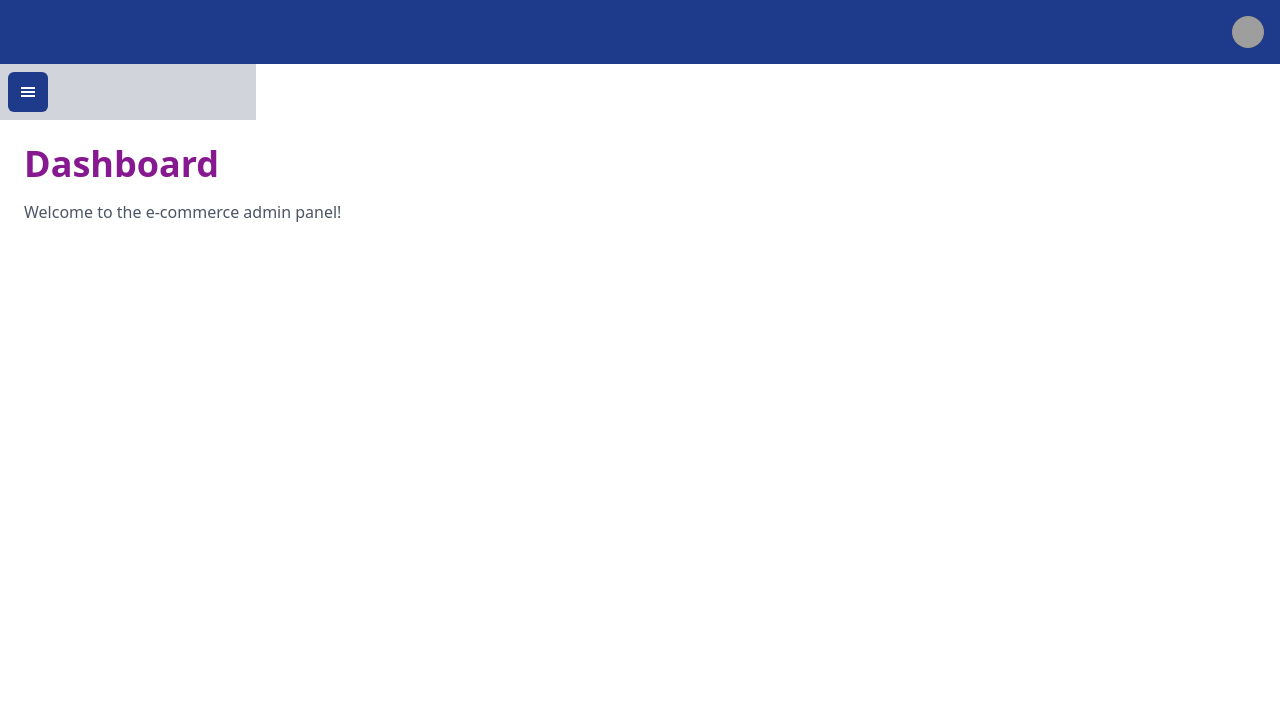
Repository: alizey12/POS-React-website
Page: /dashboard
The author's editor kept a copy of each file at every save. The page is drawn from the files as they stood at one save, then again after the next save.
The browser window is 1280 px wide. The pictures show the whole page.
Pictures or frames that could not be fetched are drawn as grey boxes. The project was rebuilt for these pictures with package versions that can differ from the ones it lists, and the page was loaded fresh each time. Also part of the build but not shown: vite.config.js, src/login.jsx.

Above is the page before, as saved 2024-12-31 16:32:32.

### src/App.jsx
import { BrowserRouter as Router, Routes, Route } from 'react-router-dom';
import LoginPage from "./login"
import Dashboard from './Dashboard';

function App() {
  return (
    <Router>
      <Routes>
        <Route path="/" element={<LoginPage />} />
        <Route path="/dashboard" element={<Dashboard />} />
      </Routes>
    </Router>
  );
}

export default App;

### src/Dashboard.jsx
// import { useState } from 'react';
import Navbar from './navbar';
import Sidebar from './sidebar';

const Dashboard = () => {
  // const [isSidebarOpen, setIsSidebarOpen] = useState(true);

  // const toggleSidebar = () => {
  //   setIsSidebarOpen(!isSidebarOpen);
  // };

  return (
    <div className="">
      {/* Sidebar Section */}
      <Navbar />
      <div
        className={`bg-gray-300 transition-all duration-300 ${
          // isSidebarOpen ?
          'w-64'
        }`}
      >

        <Sidebar />
      </div>

      {/* Main Content Section */}
      <div className="flex-1 flex flex-col">

        <div className="p-6">
          <h1 className="text-4xl font-bold text-fuchsia-800">Dashboard</h1>
          <p className="mt-4 text-gray-600">Welcome to the e-commerce admin panel!</p>
        </div>
      </div>
    </div>
  );
};

export default Dashboard;

### src/navbar.jsx


const navbar = () => {
  return (
    <div>


<nav className="bg-blue-900 border-gray-900 dark:bg-gray-900 ">
  <div className="max-w-screen-xl flex flex-wrap items-center justify-between mx-auto p-4">


      <span className="self-center text-2xl font-semibold whitespace-nowrap text-white dark:text-white"></span>
  <div className="flex items-center md:order-2 space-x-3 md:space-x-0 rtl:space-x-reverse">
      <button type="button" className="flex text-sm bg-gray-800 rounded-full md:me-0 focus:ring-4 focus:ring-gray-300 dark:focus:ring-gray-600" id="user-menu-button" aria-expanded="false" data-dropdown-toggle="user-dropdown" data-dropdown-placement="bottom">
        <span className="sr-only">Open user menu</span>
        <img className="w-8 h-8 rounded-full" src="/docs/images/people/profile-picture-3.jpg" alt="user photo"/>
      </button>

      <div className="z-50 hidden my-4 text-base list-none bg-white divide-y divide-gray-100 rounded-lg shadow dark:bg-gray-700 dark:divide-gray-600" id="user-dropdown">
        <div className="px-4 py-3">
          <span className="block text-sm text-gray-900 dark:text-white">Bonnie Green</span>
          <span className="block text-sm  text-gray-500 truncate dark:text-gray-400">name@flowbite.com</span>
        </div>
        <ul className="py-2" aria-labelledby="user-menu-button">
          <li>
            <a href="#" className="block px-4 py-2 text-sm text-gray-700 hover:bg-gray-100 dark:hover:bg-gray-600 dark:text-gray-200 dark:hover:text-white">Dashboard</a>
          </li>
          <li>
            <a href="#" className="block px-4 py-2 text-sm text-gray-700 hover:bg-gray-100 dark:hover:bg-gray-600 dark:text-gray-200 dark:hover:text-white">Settings</a>
          </li>
          <li>
            <a href="#" className="block px-4 py-2 text-sm text-gray-700 hover:bg-gray-100 dark:hover:bg-gray-600 dark:text-gray-200 dark:hover:text-white">Earnings</a>
          </li>
          <li>
            <a href="#" className="block px-4 py-2 text-sm text-gray-700 hover:bg-gray-100 dark:hover:bg-gray-600 dark:text-gray-200 dark:hover:text-white">Sign out</a>
          </li>
        </ul>
      </div>
      <button data-collapse-toggle="navbar-user" type="button" className="inline-flex items-center p-2 w-10 h-10 justify-center text-sm text-gray-500 rounded-lg md:hidden hover:bg-gray-100 focus:outline-none focus:ring-2 focus:ring-gray-200 dark:text-gray-400 dark:hover:bg-gray-700 dark:focus:ring-gray-600" aria-controls="navbar-user" aria-expanded="false">
        <span className="sr-only">Open main menu</span>
        <svg className="w-5 h-5" aria-hidden="true" xmlns="http://www.w3.org/2000/svg" fill="none" viewBox="0 0 17 14">
            <path stroke="currentColor" strokeLinecap="round" strokeLinejoin="round" strokeWidth="2" d="M1 1h15M1 7h15M1 13h15"/>
        </svg>
    </button>
  </div>

  </div>
</nav>

    </div>
  )
}

export default navbar

### src/sidebar.jsx
import { useState } from 'react';
import { CgCloseO } from "react-icons/cg";
import { GiHamburgerMenu } from "react-icons/gi";
import { IoCloseCircle } from "react-icons/io5";
const Sidebar = () => {
  const [isOpen, setIsOpen] = useState(false);
  const [isSubMenuOpen, setIsSubMenuOpen] = useState(false);
  const toggleSidebar = () => setIsOpen(!isOpen);
  const toggleSubMenu = () => setIsSubMenuOpen(!isSubMenuOpen);

  return (
    <div className="flex ">
      <button
        onClick={toggleSidebar}
        className="p-3 m-2 bg-blue-900 text-white rounded-md focus:outline-none"
      >
        {isOpen ? <IoCloseCircle /> : <GiHamburgerMenu />}
      </button>

      <aside
        className={`fixed top-0 left-0 w-64 h-screen bg-gray-800 text-white transform ${
          isOpen ? 'translate-x-0' : '-translate-x-full'
        } transition-transform duration-300`}
      >
        <div className="p-4">
        <div className="flex ">

            <CgCloseO
              onClick={toggleSidebar}
              className="w-6 h-6 justify-end cursor-pointer hover:text-red-500"
            />
          </div>
          <ul className="mt-4">
            <li className="p-2 hover:bg-gray-700 rounded-md cursor-pointer">Home</li>
            <li className="p-2 hover:bg-gray-700 rounded-md cursor-pointer">Profile</li>
            <li>
              <button
                onClick={toggleSubMenu}
                className="flex justify-between w-full p-2 hover:bg-gray-700 rounded-md"
              >
                E-commerce
                <span>{isSubMenuOpen ? '▲' : '▼'}</span>
              </button>
              <ul className={`pl-6 mt-2 ${isSubMenuOpen ? 'block' : 'hidden'}`}>
                <li className="p-2 hover:bg-gray-700 rounded-md cursor-pointer">Products</li>
                <li className="p-2 hover:bg-gray-700 rounded-md cursor-pointer">Orders</li>
                <li className="p-2 hover:bg-gray-700 rounded-md cursor-pointer">Invoices</li>
              </ul>
            </li>
            <li className="p-2 hover:bg-gray-700 rounded-md cursor-pointer">Settings</li>
          </ul>
        </div>
      </aside>
    </div>
  );
};

export default Sidebar;

Loaded but not shown: index.html (common file); src/main.jsx (common file); src/index.css (common file); tailwind.config.js (common file)

After the next save:
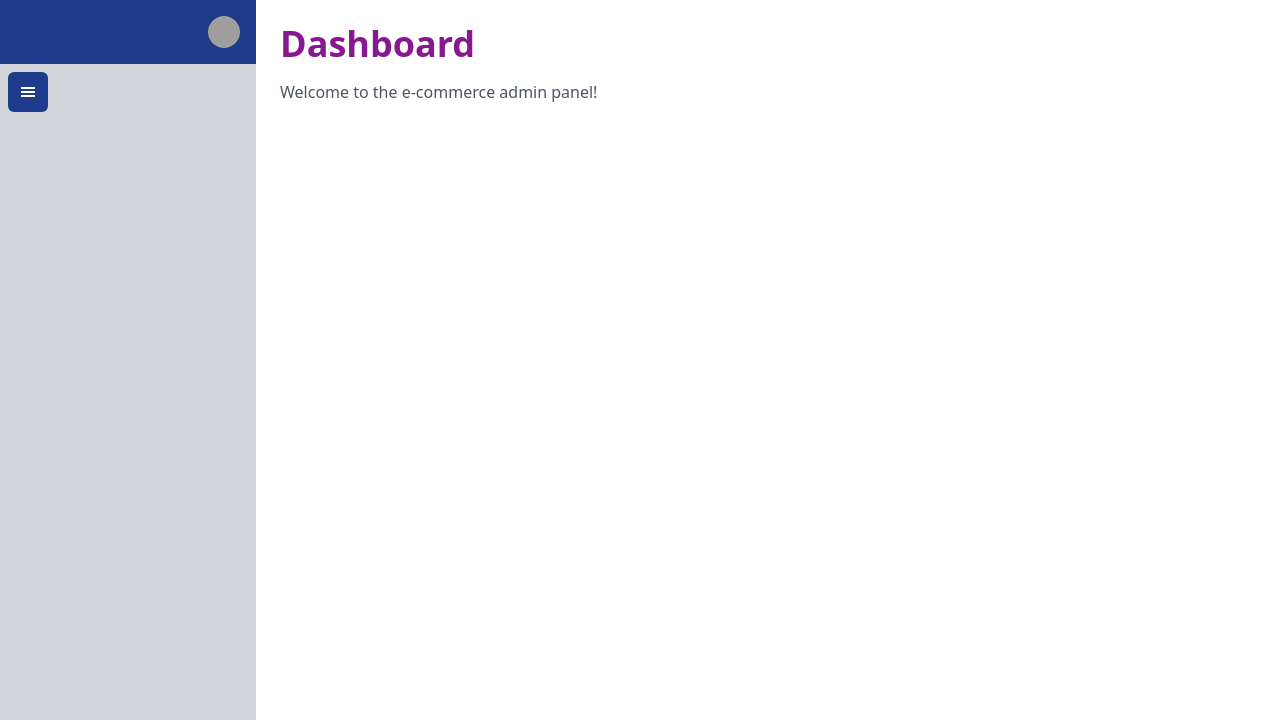
Saved 33 s later.
--- a/src/Dashboard.jsx
+++ b/src/Dashboard.jsx
@@ -10,16 +10,15 @@ const Dashboard = () => {
   // };
 
   return (
-    <div className="">
+    <div className="h-screen  flex overflow-hidden">
       {/* Sidebar Section */}
-      <Navbar />
       <div
         className={`bg-gray-300 transition-all duration-300 ${
           // isSidebarOpen ?
           'w-64'
         }`}
       >
-
+      <Navbar />
         <Sidebar />
       </div>
 
